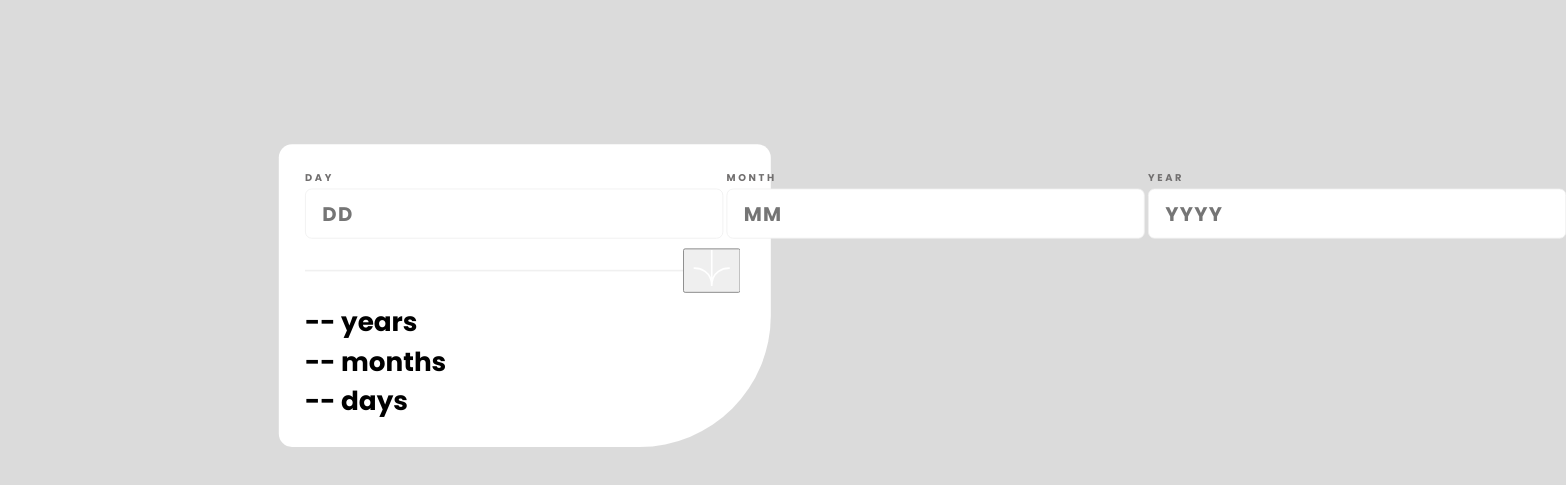
Repository: blordeus/age-calculator-app
Page: /
The author's editor kept a copy of each file at every save. The page is drawn from the files as they stood at one save, then again after the next save.
The browser window is 1280 px wide. The page is 1910 px wide, so the pictures cover 1910 px, including what lies to the right of the window. The pictures show the whole page, at 82% of full size.
The project was rebuilt for these pictures with package versions that can differ from the ones it lists, and the page was loaded fresh each time.

Above is the page before, as saved 2023-08-23 15:49:22.

### src/App.js
 import { useState } from "react";
 import "./style.css";

 import arrowIcon from './images/icon-arrow.svg'

const App = () => {
  const [formData, setFormData] = useState({
    day: "",
    month: "",
    year: "",
  });

  const [formErrors, setFormErrors] = useState({
    day: "",
    month: "",
    year: "",
    generic: "",
  });

  const [output, setOutput] = useState({
    days: "",
    months: "",
    years: "",
  });

  const hasErrors = formErrors.day || formErrors.month || formErrors.year || formErrors.generic;

  return (
    <div className="card-container">
      <div className="inputs-container">
      <div className="input-label-container">
        <label htmlFor="day" style={{
          color: hasErrors ? "hsl(0,100%,67%)" : "hsl(0,1%,44%)",
        }}>Day</label>
        <input
        type="number"
        id="day"
        placeholder="DD"
        min={1}
        value={formData.day}
        style={{
          border: hasErrors
          ? '1px solid hsl(0,100%,67%)'
          : '1px solid hsl(0,0%,94%)'
        }}
        onChange={(e) =>
        setFormData((prevState) =>
        ({...prevState,
          day:e.target.value}))}
        />
        {formErrors.day && <p className="error">{formErrors.day}</p>}
      </div>

      <div className="input-label-container">
        <label htmlFor="month" style={{
          color: hasErrors ? "hsl(0,100%,67%)" : "hsl(0,1%,44%)",
        }}>Month</label>
        <input
        type="number"
        id="day"
        placeholder="MM"
        min={1}
        value={formData.month}
        style={{
          border: hasErrors
          ? '1px solid hsl(0,100%,67%)'
          : '1px solid hsl(0,0%,94%)'
        }}
        onChange={(e) =>
        setFormData((prevState) =>
        ({...prevState,
          month:e.target.value}))}
        />
        {formErrors.month && <p className="error">{formErrors.month}</p>}
      </div>

      <div className="input-label-container">
        <label htmlFor="year" style={{
          color: hasErrors ? "hsl(0,100%,67%)" : "hsl(0,1%,44%)",
        }}>Year</label>
        <input
        type="number"
        id="year"
        placeholder="YYYY"
        min={1}
        value={formData.year}
        style={{
          border: hasErrors
          ? '1px solid hsl(0,100%,67%)'
          : '1px solid hsl(0,0%,94%)'
        }}
        onChange={(e) =>
        setFormData((prevState) =>
        ({...prevState,
          year:e.target.value}))}
        />
        {formErrors.year && <p className="error">{formErrors.year}</p>}
      </div>
    </div>

    {formErrors.generic && (
      <p className="error generic">{formErrors.generic}</p>
    )}

<div className="divider-container">
  <div className="divider"></div>

  <button className="btn" onClick={() => null}>
    <img src={arrowIcon} alt="arrowIcon" />
  </button>
</div>

<div className="output-container">
  <h1>
    <span className="highlighted">
    {output.years === "" ? '--' : output.years}{" "}
    </span>
    {output.years === 1 ? 'year' : "years"}
    </h1>

    <h1>
    <span className="highlighted">
    {output.months === "" ? '--' : output.months}{" "}
    </span>
    {output.months === 1 ? 'month' : "months"}
    </h1>

    <h1>
    <span className="highlighted">
    {output.days === "" ? '--' : output.days}{" "}
    </span>
    {output.days === 1 ? 'day' : "days"}
    </h1>
</div>
    </div>
  );
};

export default App;

### src/style.css
@import url("https://fonts.googleapis.com/css2?family=Poppins:ital,wght@0,700;1,400;1,800&display=swap");

* {
  box-sizing: border-box;
  margin: 0;
  padding: 0;
  font-family: "Poppins", sans-serif;
}

:root {
  --Purple: hsl(259, 100%, 65%);
  --Light-red: hsl(0, 100%, 67%);
  --White: hsl(0, 0%, 100%);
  --Off-white: hsl(0, 0%, 94%);
  --Light-grey: hsl(0, 0%, 86%);
  --Smokey-grey: hsl(0, 1%, 44%);
  --Off-black: hsl(0, 0%, 8%);
}

body {
  background-color: var(--Light-grey);
  min-height: 100vh;
  display: flex;
  align-items: center;
  justify-content: center;
}

.card-container {
  width: 600px;
  border-radius: 1rem 1rem 10rem 1rem;
  background-color: var(--White);
  padding: 2rem;
  max-width: 90vw;
  margin-top: 1rem;
  margin-bottom: 1rem;
}

.inputs-container {
  display: flex;
  gap: 0.25rem;
}

.input-label-container {
  display: flex;
  flex-direction: column;
  gap: 0.25rem;
  flex: 1;
}

.input-label-container label {
  text-transform: uppercase;
  font-size: 0.75rem;
  letter-spacing: 0.2rem;
}

.input-label-container input {
  width: 130opx;
  padding: 0.75rem 1rem 0.75rem 1.25rem;
  font-size: 1.5rem;
  color: var(--Off-black);
  border-radius: 0.5rem;
  outline: none;
  letter-spacing: 0.1rem;
}

.error {
  color: var(--Light-red);
  font-weight: 400;
  font-style: italic;
  margin-top: 0.25rem;
  letter-spacing: 0.1rem;
  font-size: 0.75rem;
}

.error.generic {
  margin-top: 0.5rem;
}

.divider-container {
  display: flex;
  align-items: center;
  margin-top: 0.75rem;
  margin-bottom: 0.75rem;
}

.divider {
  height: 2px;
  background-color: var(--Off-white);
  width: 86%;
}

.btn {
  width: 70px;

}

Loaded but not shown: src/index.js (common file)

After the next save:
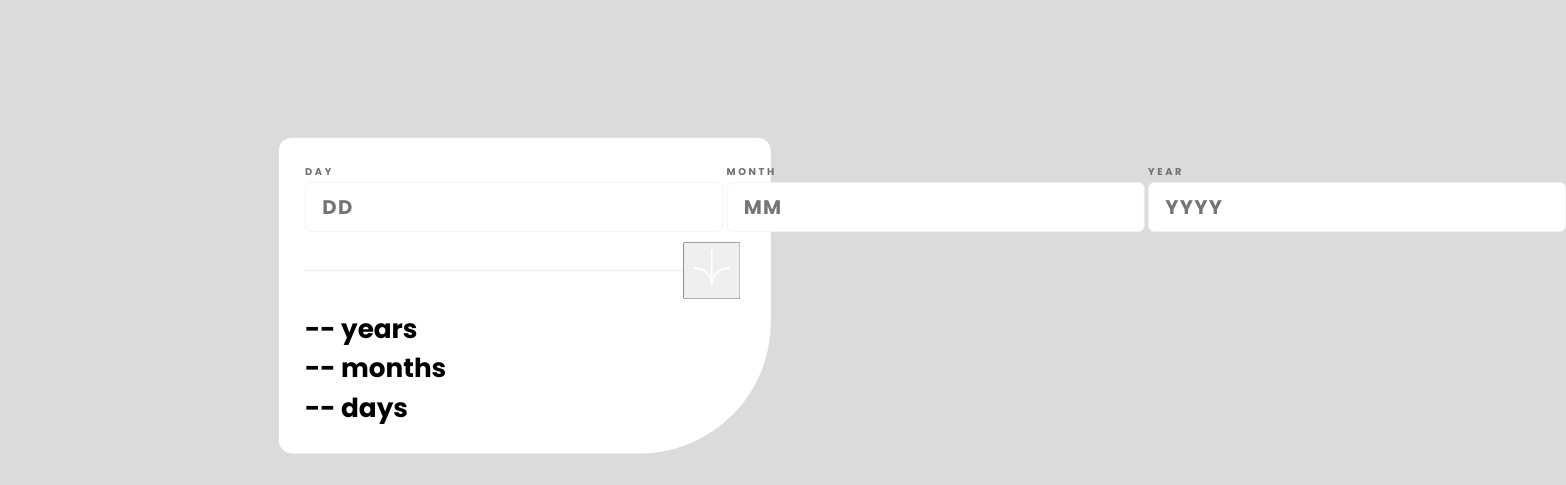
Saved 5 s later.
--- a/src/style.css
+++ b/src/style.css
@@ -91,5 +91,5 @@ body {
 
 .btn {
   width: 70px;
-
+  height: 70px
 }
